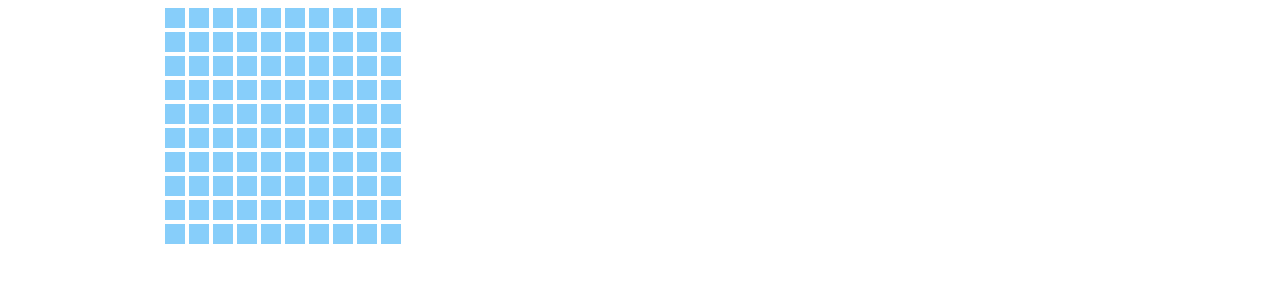
Repository: harshithamagani/Java-Basics
Page: http://localhost/setup/NewFile.jsp
The author's editor kept a copy of each file at every save. The page is drawn from the files as they stood at one save, then again after the next save.
The browser window is 1280 px wide. The pictures show the whole page.
The page is served by Tomcat 9.

Above is the page before, as saved 2019-11-04 20:53:43.

After the next save:
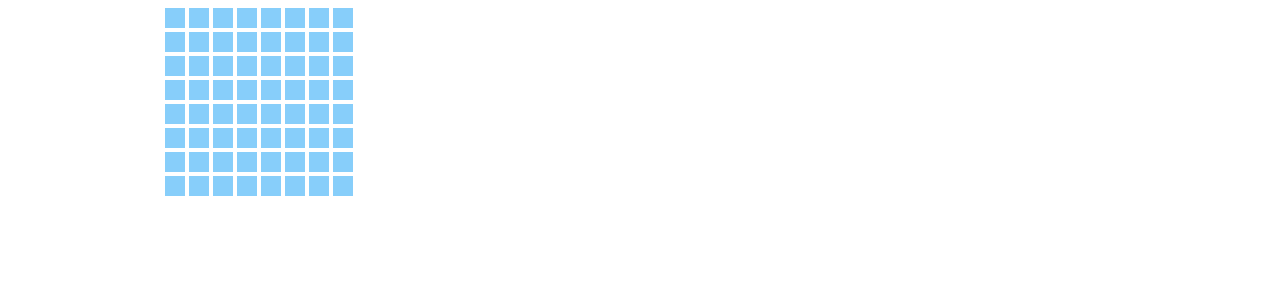
Saved 5 min 26 s later.
--- a/setup/WebContent/NewFile.jsp
+++ b/setup/WebContent/NewFile.jsp
@@ -39,9 +39,9 @@
     	    num2=8;
        }
        %>
-       <% for(int m=0;m<10;m++) { %>
+       <% for(int m=0;m<num1;m++) { %>
        <div class="row"></div>
-       <% for(int n=0;n<10;n++) { %>
+       <% for(int n=0;n<num2;n++) { %>
        <% if((m+n)%2 != 0){ %>
        <div class='col' style="background-color:{{color1}}"></div>
        <% } %>
